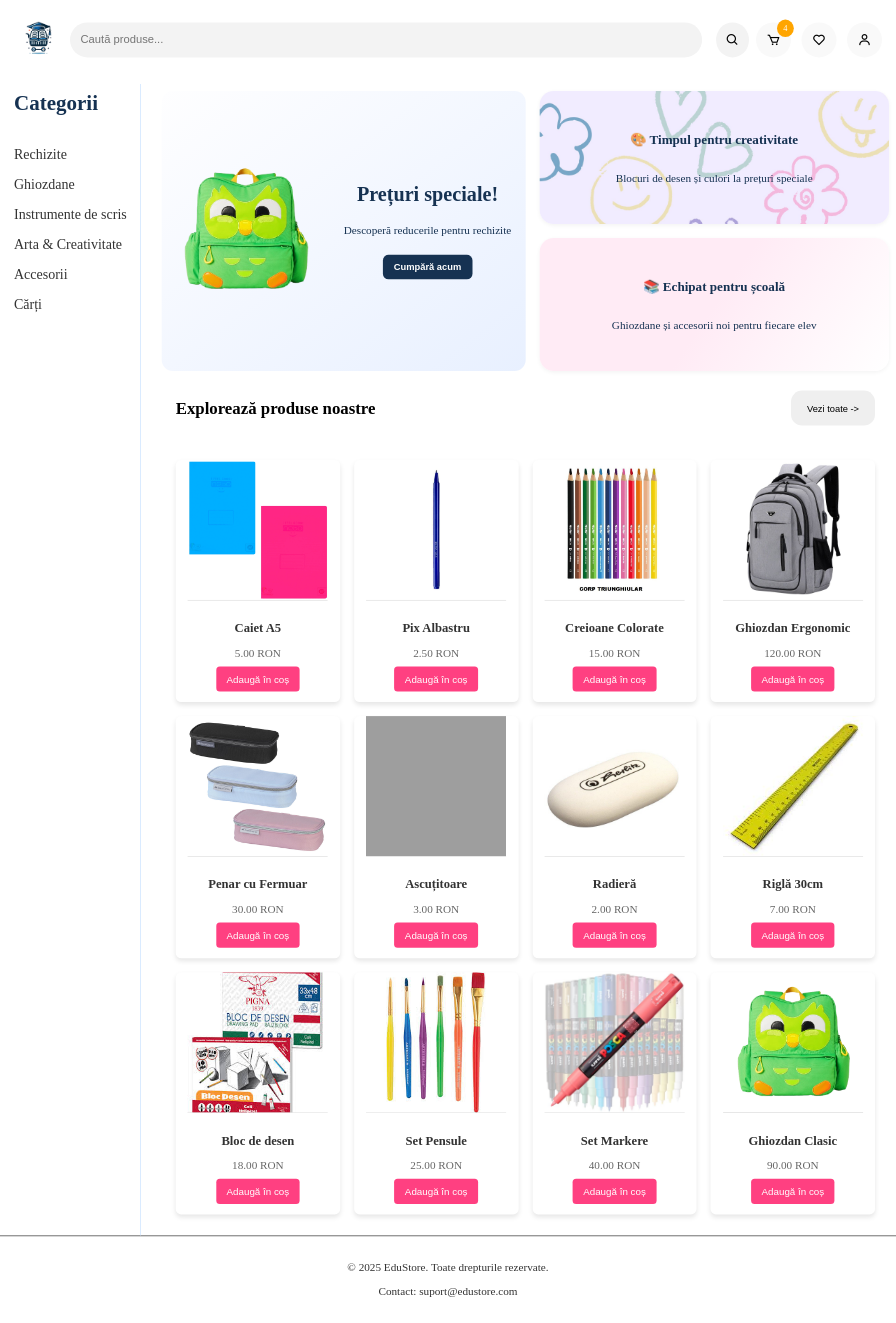
Repository: Roxana5504/WebDev-Project
Page: frontend/index.html
The author's editor kept a copy of each file at every save. The page is drawn from the files as they stood at one save, then again after the next save.
The browser window is 1280 px wide. The pictures show the whole page, at 70% of full size.
Pictures or frames that could not be fetched are drawn as grey boxes.

Above is the page before, as saved 2025-04-23 17:45:57.

After the next save:
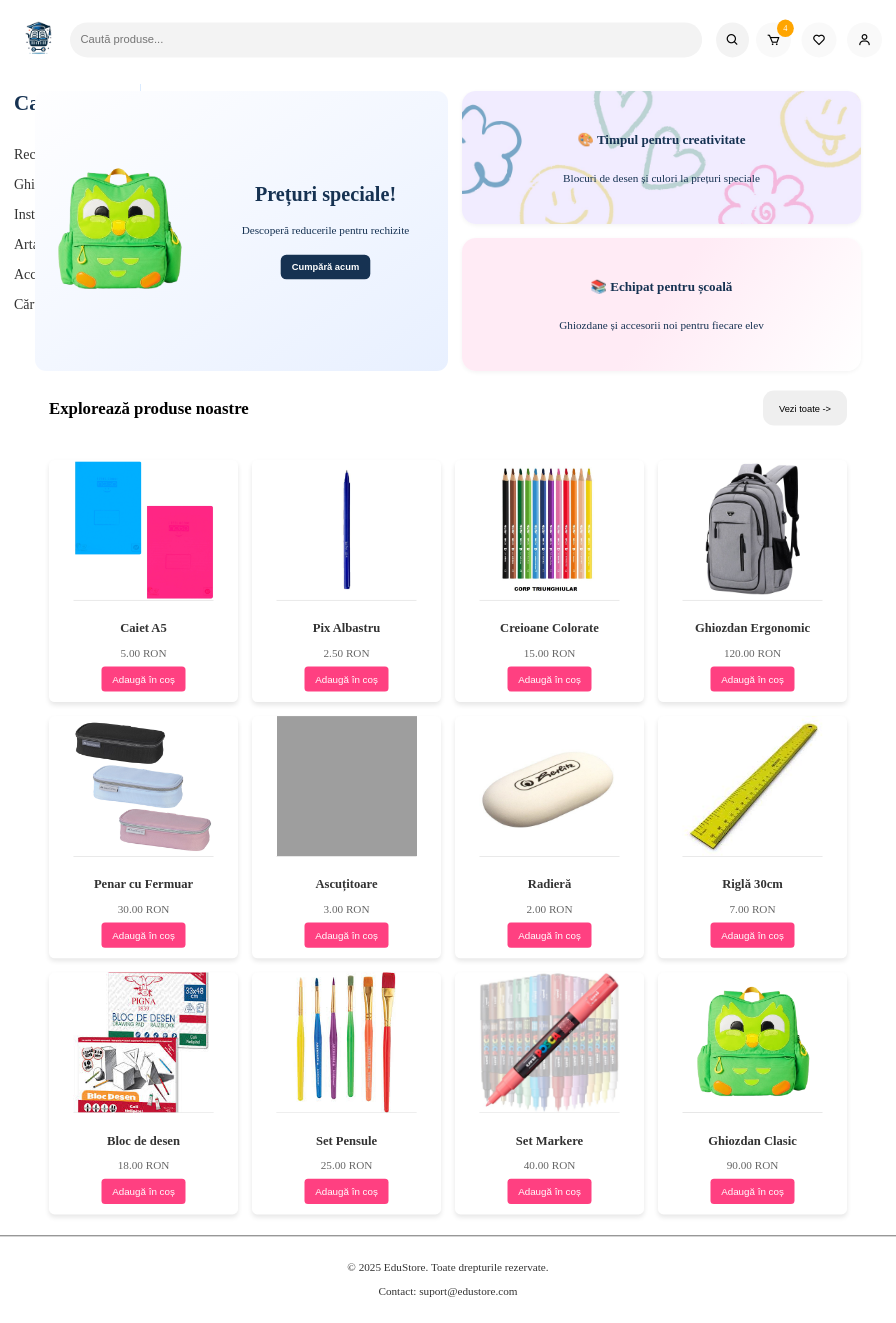
Saved 25 s later.
--- a/frontend/styles.css
+++ b/frontend/styles.css
@@ -192,7 +192,7 @@
 }
 
 .sidebar {
-  position: relative;
+  position: fixed;
   height: auto;
   width: 200px;
   padding-right: 0px;

After the save that followed:
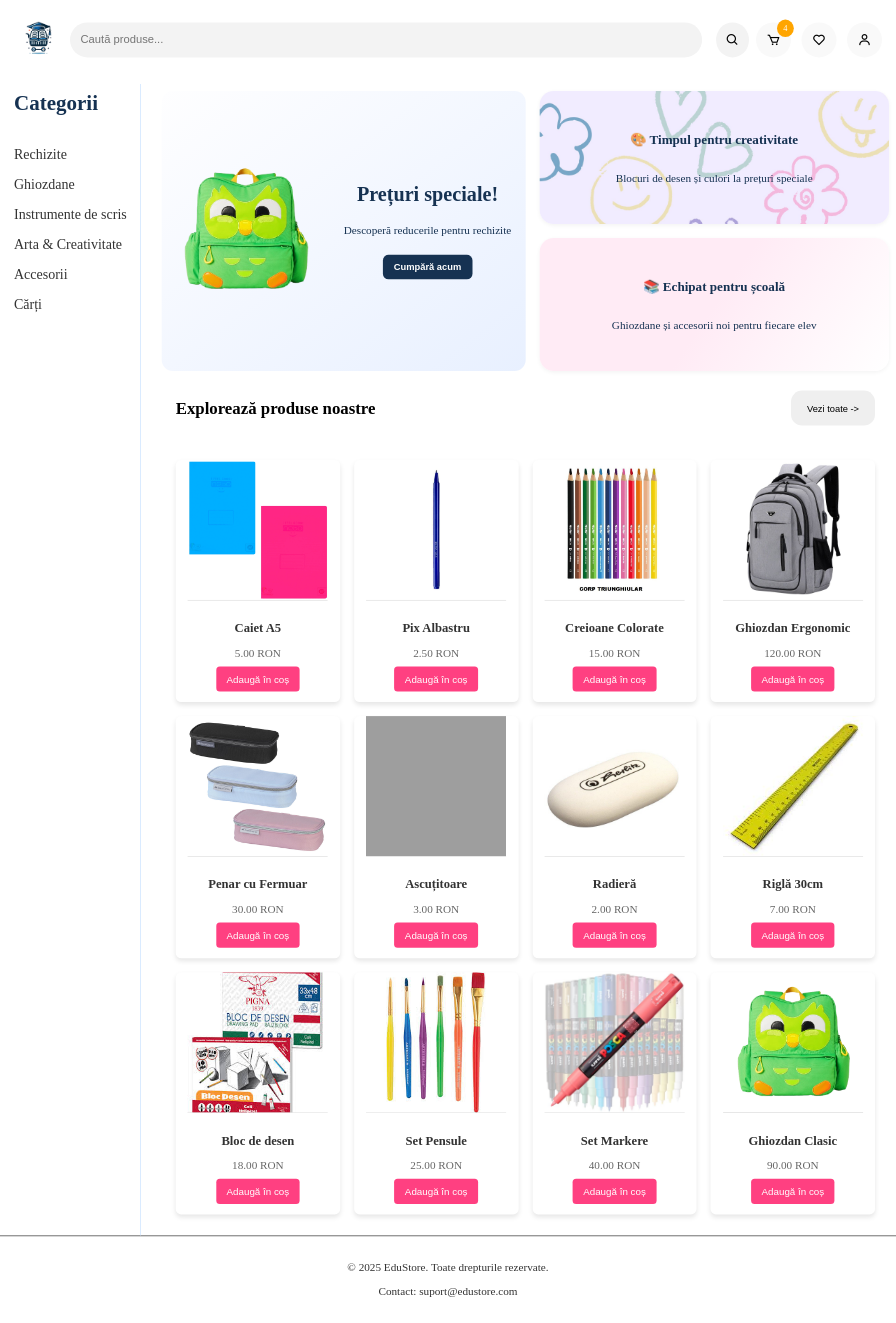
Saved 18 s later.
--- a/frontend/styles.css
+++ b/frontend/styles.css
@@ -192,7 +192,7 @@
 }
 
 .sidebar {
-  position: fixed;
+  position: relative;
   height: auto;
   width: 200px;
   padding-right: 0px;
